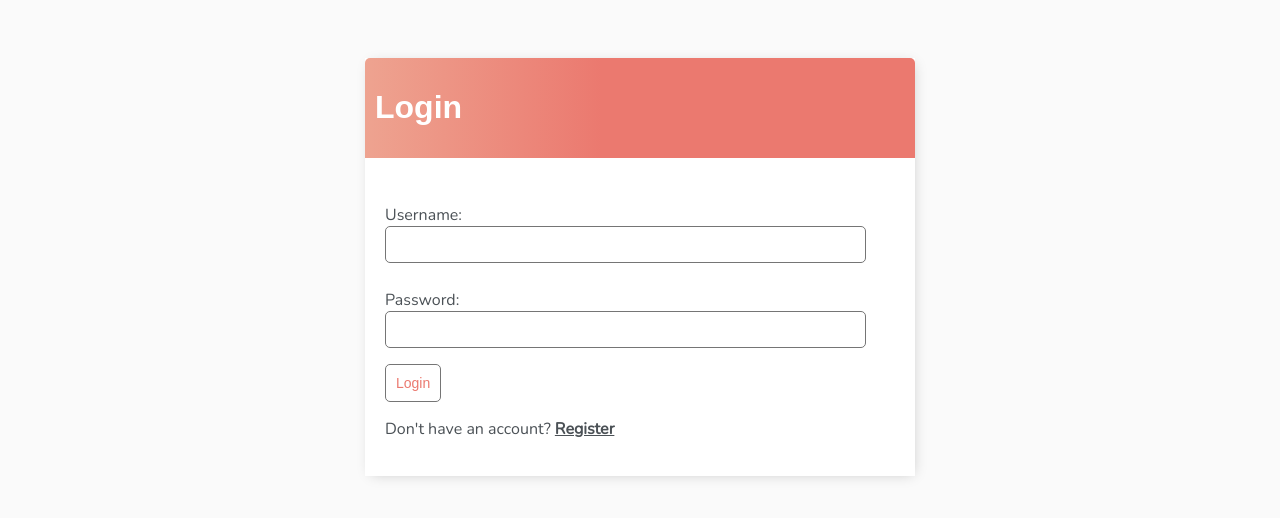
Repository: Altyn119/toDo-django
Page: http://localhost/login/
An editor plug-in stored every save of this project. The page is shown before and after the next save, followed by the edit.
The browser window is 1280 px wide. The pictures show the whole page.
The page is served by the project's application, run on Django 5.2 (manage.py). Other server files are loaded and not shown.

Above is the page before, as saved 2025-06-16 08:38:12.

### base/templates/base/main.html
<!DOCTYPE html>
<html lang="en">

<head>
    <meta charset="utf-8">
    <meta name="description"
        content="This is to do list implemented using Django by Altyn.">

    <meta http-equiv="X-UA-Compatible" content="IE=edge">
    <title>To Do Items</title>
    <meta name="description" content="">
    <meta name="viewport" content="width=device-width, initial-scale=1">

    <link rel="preconnect" href="https://fonts.gstatic.com">
    <link href="https://fonts.googleapis.com/css2?family=Nunito:wght@200&display=swap" rel="stylesheet">

    <style>
        body {
            background-color: #FAFAFA;
            font-family: 'Nunito', sans-serif;
            padding-top: 50px;
        }

        h1,
        h2,
        h3,
        h4,
        h5,
        h6 {
            font-family: 'Raleway', sans-serif;
        }

        a,
        p {
            color: #4b5156
        }

        a {
            font-weight: 600;
        }

        .container {
            max-width: 550px;
            margin: auto;
            background-color: #fff;
            -webkit-box-shadow: 2px 2px 13px -4px rgba(0, 0, 0, 0.21);
            box-shadow: 2px 2px 13px -4px rgba(0, 0, 0, 0.21);
        }

        input {
            outline: none;
            border: none;
        }

        .header-bar {
            display: flex;
            justify-content: space-between;
            color: #fff;
            padding: 10px;
            border-radius: 5px 5px 0 0;
            background: linear-gradient(90deg, #EEA390 0%, #EB796F 43%, #EB796F 100%);
        }

        .header-bar a {
            color: rgb(247, 247, 247);
            text-decoration: none;
        }

        .task-wrapper {
            display: flex;
            align-items: center;
            justify-content: space-between;
            background-color: #fff;
            border-top: 1px solid #dfe4ea;
            overflow: hidden;
        }

        .task-title {
            display: flex;
            padding: 20px;
        }

        .task-title a {
            text-decoration: none;
            color: #4b5156;
            margin-left: 10px;
        }

        .task-complete-icon {
            height: 20px;
            width: 20px;
            background-color: rgb(105, 192, 105);
            border-radius: 50%;
        }

        .task-incomplete-icon {
            height: 20px;
            width: 20px;
            background-color: rgb(218, 218, 218);
            border-radius: 50%;
        }

        .delete-link {
            text-decoration: none;
            font-weight: 900;
            color: #cf4949;
            font-size: 22px;
            line-height: 0;
            padding: 20px 0px;
        }


        .handle {
            display: inline-block;
            padding: 20px 16px;
            cursor: grab;
            user-select: none;
        }

        .handle:after,
        .handle:before {
            display: block;
            content: "";
        }

        .handle:active,
        .handle:active:before,
        .handle:active:after {
            cursor: grabbing;
        }

        .dropArea {
            background-color: #f1f2f6;
            color: black;
            border: #ced6e0 1px solid;
        }

        .selectedTask {
            opacity: 0.6;
        }


        #add-link {
            color: #EB796F;
            text-decoration: none;
            font-size: 42px;
            text-shadow: 1px 1px #81413b;
        }

        #search-add-wrapper {
            display: flex;
            justify-content: space-between;
            align-items: center;
            padding: 20px;
        }

        @media screen and (max-width:320px) {
            #search-add-wrapper {
                padding: 10px;
            }
        }

        input[type=text],
        input[type=password],
        textarea {
            border: 1px solid #757575;
            border-radius: 5px;
            padding: 10px;
            width: 90%;
        }

        label {
            padding-top: 10px !important;
            display: block;
        }

        ::placeholder {
            font-weight: 300;
            opacity: 0.5;
        }

        .button {
            border: 1px solid #757575;
            background-color: #FFF;
            color: #EB796F;
            padding: 10px;
            font-size: 14px;
            border-radius: 5px;
            cursor: pointer;
            text-decoration: none;
        }

        .card-body {
            padding: 20px;
        }
    </style>
</head>

<body>

    <div class="container">
        {% block content %} {% endblock content %}
    </div>

</body>


</html>

### base/views.py
from django.shortcuts import render, redirect
from django.views.generic.list import ListView
from django.views.generic.detail import DetailView
from django.views.generic.edit import CreateView, UpdateView, DeleteView, FormView
from django.urls import reverse_lazy

from django.contrib.auth.views import LoginView
from django.contrib.auth.mixins import LoginRequiredMixin
from django.contrib.auth.forms import UserCreationForm
from django.contrib.auth import login

from django.views import View
from django.shortcuts import redirect
from django.db import transaction

from .models import Task
from .forms import PositionForm


class CustomLoginView(LoginView):
    template_name = 'base/login.html'
    fields = '__all__'
    redirect_authenticated_user = True

    def get_success_url(self):
        return reverse_lazy('tasks')


class RegisterPage(FormView):
    template_name = 'base/register.html'
    form_class = UserCreationForm
    redirect_authenticated_user = True
    success_url = reverse_lazy('tasks')

    def form_valid(self, form):
        user = form.save()
        if user is not None:
            login(self.request, user)
        return super(RegisterPage, self).form_valid(form)

    def get(self, *args, **kwargs):
        if self.request.user.is_authenticated:
            return redirect('tasks')
        return super(RegisterPage, self).get(*args, **kwargs)


class TaskList(LoginRequiredMixin, ListView):
    model = Task
    context_object_name = 'tasks'

    def get_context_data(self, **kwargs):
        context = super().get_context_data(**kwargs)
        context['tasks'] = context['tasks'].filter(user=self.request.user)
        context['count'] = context['tasks'].filter(complete=False).count()

        search_input = self.request.GET.get('search-area') or ''
        if search_input:
            context['tasks'] = context['tasks'].filter(
                title__contains=search_input)

        context['search_input'] = search_input

        return context


class TaskDetail(LoginRequiredMixin, DetailView):
    model = Task
    context_object_name = 'task'
    template_name = 'base/task.html'


class TaskCreate(LoginRequiredMixin, CreateView):
    model = Task
    fields = ['title', 'description', 'complete']
    success_url = reverse_lazy('tasks')

    def form_valid(self, form):
        form.instance.user = self.request.user
        return super(TaskCreate, self).form_valid(form)


class TaskUpdate(LoginRequiredMixin, UpdateView):
    model = Task
    fields = ['title', 'description', 'complete']
    success_url = reverse_lazy('tasks')


class DeleteView(LoginRequiredMixin, DeleteView):
    model = Task
    context_object_name = 'task'
    success_url = reverse_lazy('tasks')
    def get_queryset(self):
        owner = self.request.user
        return self.model.objects.filter(user=owner)

class TaskReorder(View):
    def post(self, request):
        form = PositionForm(request.POST)

        if form.is_valid():
            positionList = form.cleaned_data["position"].split(',')

            with transaction.atomic():
                self.request.user.set_task_order(positionList)

        return redirect(reverse_lazy('tasks'))

### todo_list/urls.py
"""
URL configuration for todo_list project.

The `urlpatterns` list routes URLs to views. For more information please see:
    https://docs.djangoproject.com/en/5.0/topics/http/urls/
Examples:
Function views
    1. Add an import:  from my_app import views
    2. Add a URL to urlpatterns:  path('', views.home, name='home')
Class-based views
    1. Add an import:  from other_app.views import Home
    2. Add a URL to urlpatterns:  path('', Home.as_view(), name='home')
Including another URLconf
    1. Import the include() function: from django.urls import include, path
    2. Add a URL to urlpatterns:  path('blog/', include('blog.urls'))
"""

from django.contrib import admin
from django.urls import path, include

urlpatterns = [
    path("admin/", admin.site.urls),
    path('', include('base.urls')),
]

### base/urls.py
from django.urls import path
from .views import TaskList, TaskDetail, TaskCreate, TaskUpdate, DeleteView, CustomLoginView, RegisterPage, TaskReorder
from django.contrib.auth.views import LogoutView

urlpatterns = [
    path('login/', CustomLoginView.as_view(), name='login'),
    path('logout/', LogoutView.as_view(next_page='login'), name='logout'),
    path('register/', RegisterPage.as_view(), name='register'),

    path('', TaskList.as_view(), name='tasks'),
    path('task/<int:pk>/', TaskDetail.as_view(), name='task'),
    path('task-create/', TaskCreate.as_view(), name='task-create'),
    path('task-update/<int:pk>/', TaskUpdate.as_view(), name='task-update'),
    path('task-delete/<int:pk>/', DeleteView.as_view(), name='task-delete'),
    path('task-reorder/', TaskReorder.as_view(), name='task-reorder'),
]

Loaded but not shown: base/templates/base/login.html (common file)

After the next save:
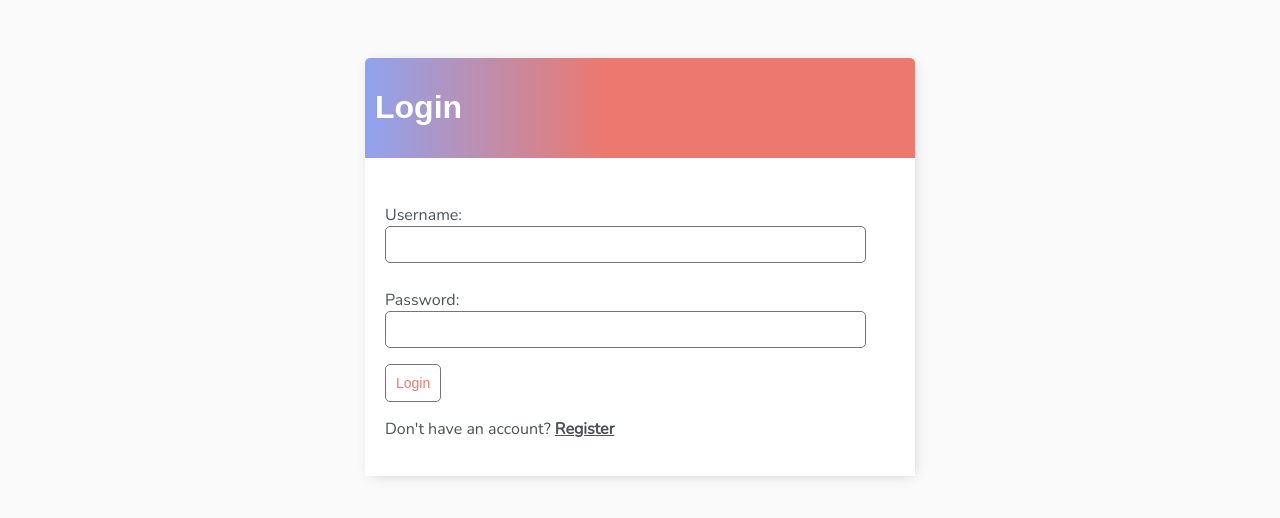
Saved 2 h 31 min later.
--- a/base/templates/base/main.html
+++ b/base/templates/base/main.html
@@ -58,7 +58,7 @@
             color: #fff;
             padding: 10px;
             border-radius: 5px 5px 0 0;
-            background: linear-gradient(90deg, #EEA390 0%, #EB796F 43%, #EB796F 100%);
+            background: linear-gradient(90deg, #90a3ee 0%, #EB796F 43%, #EB796F 100%);
         }
 
         .header-bar a {
